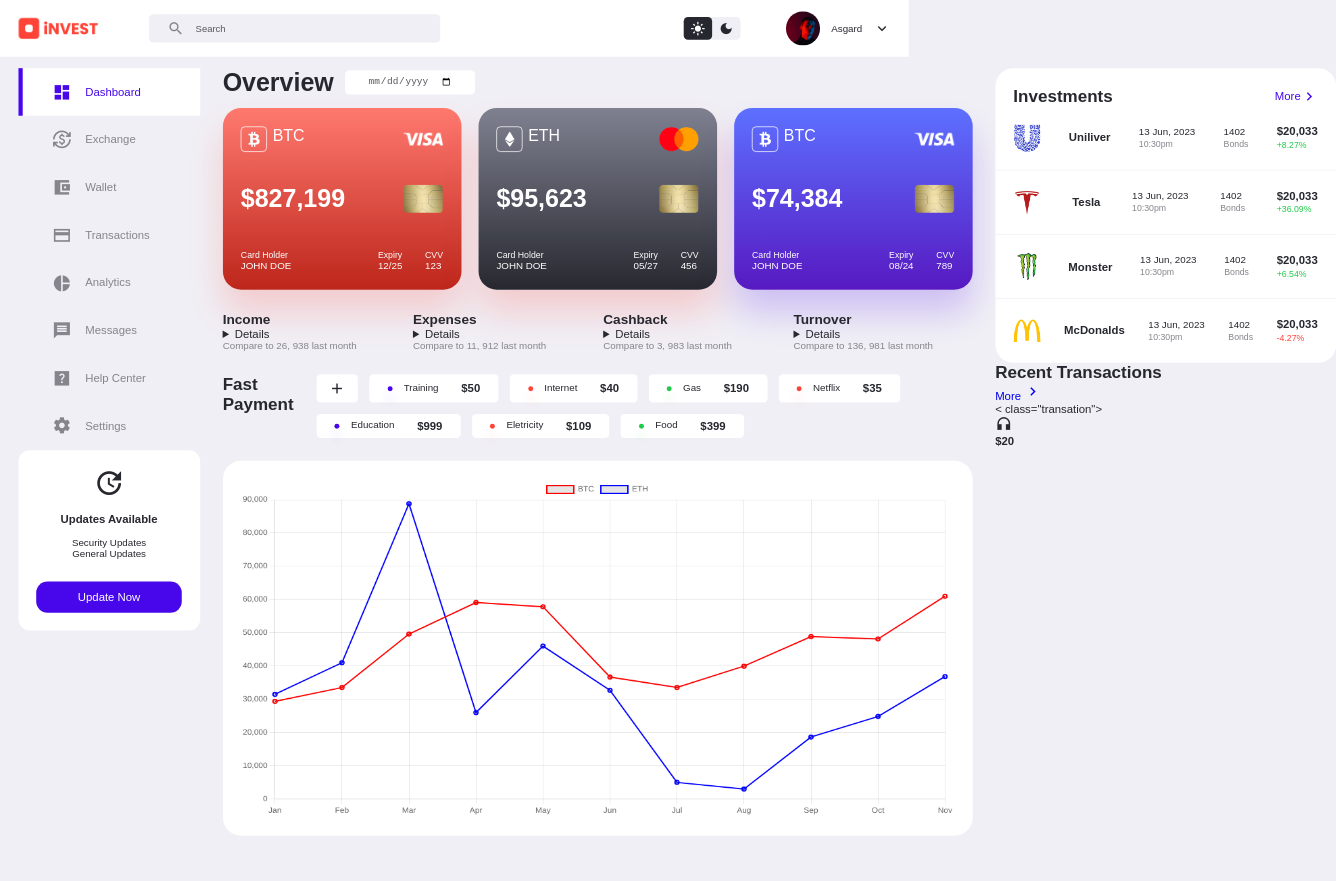
Repository: eziocdl/Admin_Dash
Page: index.html
These files come from the project's save history. The page is drawn as it stood at one moment and after the next save; the edit follows.
The browser window is 1280 px wide. The page is 1882 px wide, so the pictures cover 1882 px, including what lies to the right of the window. The pictures show the whole page, at 71% of full size.
Some web libraries are served in a nearby version.

Above is the page before, as saved 2023-06-15 10:02:19.

After the next save:
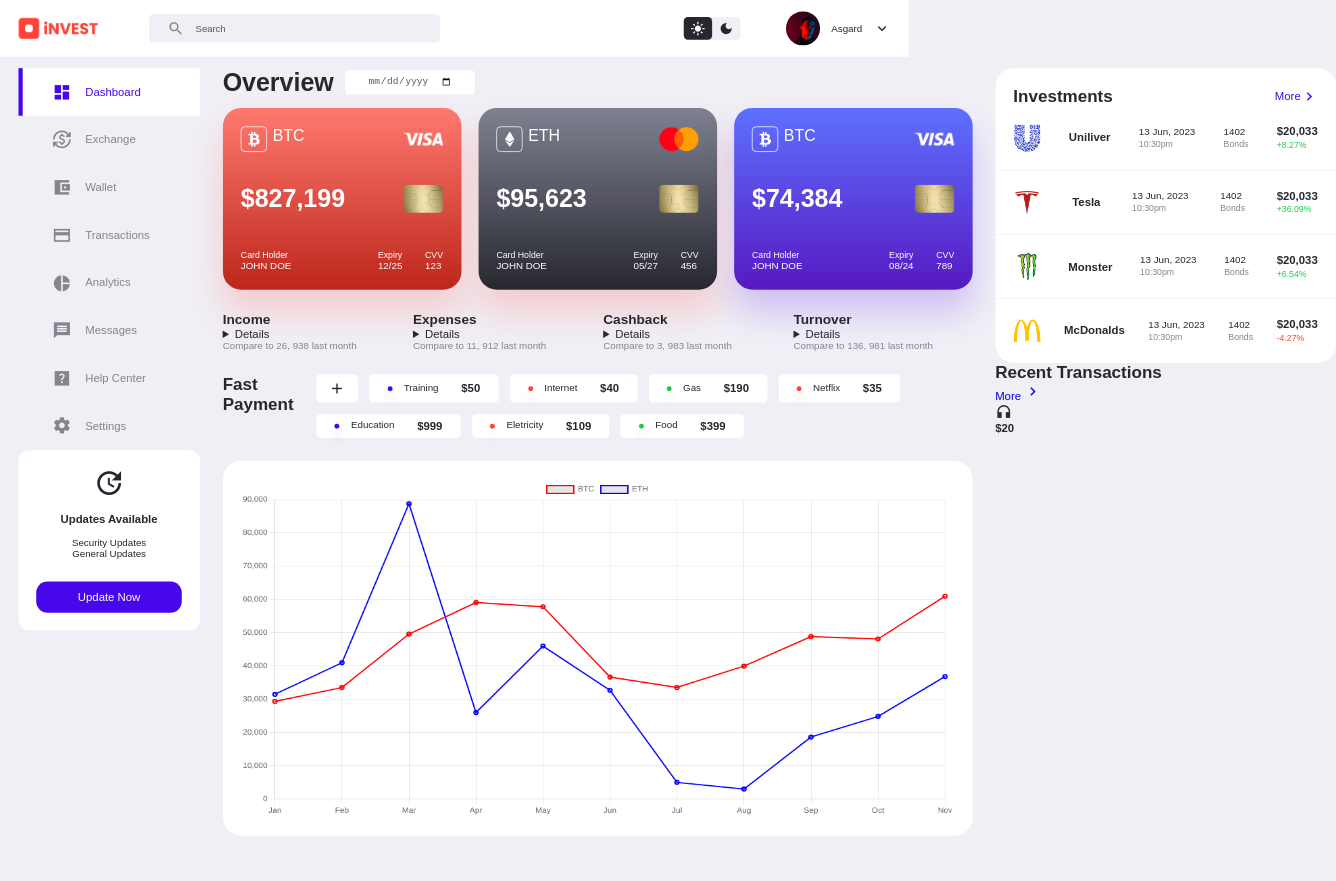
Saved 24 s later.
--- a/index.html
+++ b/index.html
@@ -425,7 +425,7 @@
                     <a href="#">More <span class="material-icons-sharp">chevron_right</span></a>
                 </div>
 
-                < class="transation">
+                <div class="transation">
                     <div class="service">
                         <div class="icon">
                             <span class="material-icons-sharp">headphones</span>
